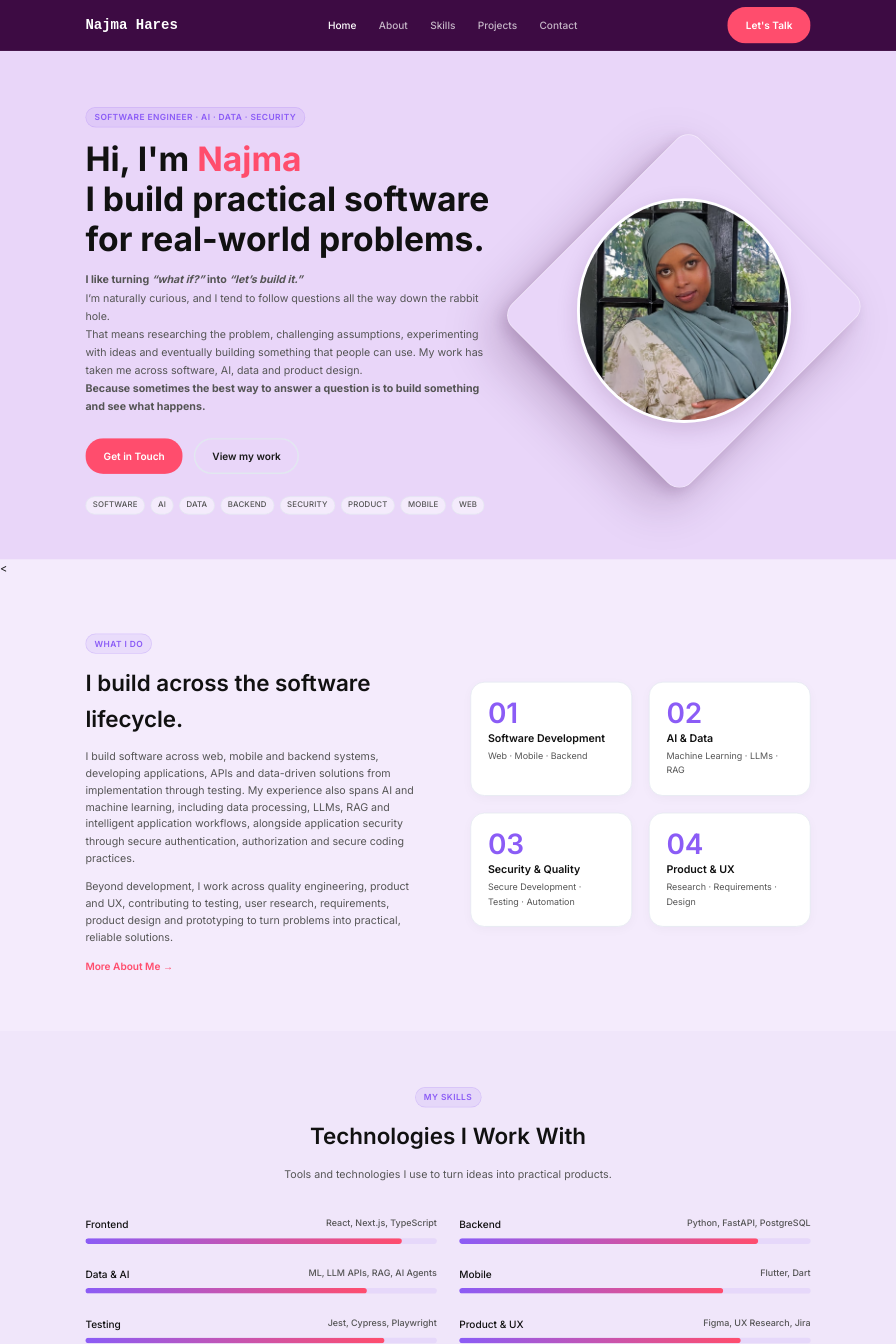
Repository: najmahares/portfolio
Page: index.html
An editor plug-in stored every save of this project. The page is shown before and after the next save, followed by the edit.
The browser window is 1280 px wide. The pictures show the part of the page from y = 0 to 1920 px (the page is 3409 px tall), at 70% of full size.

Above is the page before, as saved 2026-09-19 07:08:09.

### index.html
<!doctype html>
<html lang="en">
  <head>
    <meta charset="UTF-8" />
    <meta name="viewport" content="width=device-width, initial-scale=1.0" />
    <title>Najma Hares | Software Engineer</title>
    <link rel="preconnect" href="https://fonts.googleapis.com" />
    <link rel="preconnect" href="https://fonts.gstatic.com" crossorigin />
    <link
      href="https://fonts.googleapis.com/css2?family=Inter:wght@300;400;500;600;700&display=swap"
      rel="stylesheet"
    />
    <link rel="stylesheet" href="css/style.css" />
  </head>
  <body>
    <!-- Navbar -->
    <nav class="navbar">
      <div class="container nav-container">
        <a href="index.html" class="logo">Najma Hares</a>
        <div class="nav-links">
          <a href="index.html" class="active">Home</a>
          <a href="#about">About</a>
          <a href="#skills">Skills</a>
          <a href="#projects">Projects</a>
          <a href="#contact">Contact</a>
        </div>
        <a href="mailto:haresnajma@gmail.com" class="btn btn-primary magnetic"
          >Let's Talk</a
        >
      </div>
    </nav>

    <!-- Hero Section -->
    <section class="hero">
      <div class="container hero-grid">
        <div class="hero-content">
          <span class="badge reveal"
            >SOFTWARE ENGINEER · AI · DATA · SECURITY</span
          >
          <h1 class="reveal">
            Hi, I'm <span class="text-accent">Najma</span><br />I build
            practical software for real-world problems.
          </h1>
          <p class="hero-desc reveal">
            <strong
              >I like turning <i>“what if?”</i> into <i>“let’s build it.”</i>
            </strong>
            <br />
            I’m naturally curious, and I tend to follow questions all the way
            down the rabbit hole. <br />
            That means researching the problem, challenging assumptions,
            experimenting with ideas and eventually building something that
            people can use. My work has taken me across software, AI, data and
            product design.
            <br />
            <strong
              >Because sometimes the best way to answer a question is to build
              something and see what happens.</strong
            >
          </p>
          <div class="hero-buttons reveal">
            <a href="#contact" class="btn btn-primary magnetic">Get in Touch</a>
            <a href="#projects" class="btn btn-outline magnetic"
              >View my work</a
            >
          </div>
          <div class="tech-stack reveal">
            <span class="badge-sm">Software</span>
            <span class="badge-sm">AI</span>
            <span class="badge-sm">Data</span>
            <span class="badge-sm">Backend</span>
            <span class="badge-sm">Security</span>
            <span class="badge-sm">Product</span>
            <span class="badge-sm">Mobile</span>
            <span class="badge-sm">Web</span>
          </div>
        </div>

        <!-- Hero Image Wrapper -->
        <div class="hero-image-wrapper reveal">
          <div class="avatar-graphic tilt-card" data-rotate="45">
            <img
              src="assets/portfolio_image.jpg"
              alt="Najma Hares"
              class="hero-img"
            />
          </div>
        </div>
      </div>
    </section>

    <!-- About & Stats -->
    <
    <section id="about" class="section">
      <div class="container about-grid">
        <div class="about-text reveal">
          <span class="badge">WHAT I DO</span>
          <h2>I build across the software lifecycle.</h2>
          <p>
            I build software across web, mobile and backend systems, developing
            applications, APIs and data-driven solutions from implementation
            through testing. My experience also spans AI and machine learning,
            including data processing, LLMs, RAG and intelligent application
            workflows, alongside application security through secure
            authentication, authorization and secure coding practices.
          </p>
          <p>
            Beyond development, I work across quality engineering, product and
            UX, contributing to testing, user research, requirements, product
            design and prototyping to turn problems into practical, reliable
            solutions.
          </p>
          <a href="#" class="link-arrow">More About Me →</a>
        </div>

        <div class="stats-grid">
          <div class="card stat-card reveal tilt-card">
            <h3>01</h3>
            <p>Software Development</p>
            <span class="stat-sub">Web · Mobile · Backend</span>
          </div>

          <div class="card stat-card reveal tilt-card">
            <h3>02</h3>
            <p>AI &amp; Data</p>
            <span class="stat-sub">Machine Learning · LLMs · RAG</span>
          </div>

          <div class="card stat-card reveal tilt-card">
            <h3>03</h3>
            <p>Security &amp; Quality</p>
            <span class="stat-sub"
              >Secure Development · Testing · Automation</span
            >
          </div>

          <div class="card stat-card reveal tilt-card">
            <h3>04</h3>
            <p>Product &amp; UX</p>
            <span class="stat-sub">Research · Requirements · Design</span>
          </div>
        </div>
      </div>
    </section>
    <!-- Skills -->
    <section id="skills" class="section bg-alt">
      <div class="container">
        <div class="section-header reveal">
          <span class="badge">MY SKILLS</span>
          <h2>Technologies I Work With</h2>
          <p>
            Tools and technologies I use to turn ideas into practical products.
          </p>
        </div>
        <div class="skills-grid">
          <div class="skill-item reveal">
            <div class="skill-info">
              <span>Frontend</span><span>React, Next.js, TypeScript</span>
            </div>
            <div class="progress-bar">
              <div class="progress" style="width: 90%"></div>
            </div>
          </div>
          <div class="skill-item reveal">
            <div class="skill-info">
              <span>Backend</span><span>Python, FastAPI, PostgreSQL</span>
            </div>
            <div class="progress-bar">
              <div class="progress" style="width: 85%"></div>
            </div>
          </div>
          <div class="skill-item reveal">
            <div class="skill-info">
              <span>Data & AI</span><span>ML, LLM APIs, RAG, AI Agents</span>
            </div>
            <div class="progress-bar">
              <div class="progress" style="width: 80%"></div>
            </div>
          </div>
          <div class="skill-item reveal">
            <div class="skill-info">
              <span>Mobile</span><span>Flutter, Dart</span>
            </div>
            <div class="progress-bar">
              <div class="progress" style="width: 75%"></div>
            </div>
          </div>
          <div class="skill-item reveal">
            <div class="skill-info">
              <span>Testing</span><span>Jest, Cypress, Playwright</span>
            </div>
            <div class="progress-bar">
              <div class="progress" style="width: 85%"></div>
            </div>
          </div>
          <div class="skill-item reveal">
            <div class="skill-info">
              <span>Product & UX</span><span>Figma, UX Research, Jira</span>
            </div>
            <div class="progress-bar">
              <div class="progress" style="width: 80%"></div>
            </div>
          </div>
        </div>
      </div>
    </section>

    <!-- Recent Work -->
    <section id="projects" class="section">
      <div class="container">
        <div class="section-header reveal">
          <span class="badge">FEATURED PROJECT</span>
          <h2>Some of My Recent Work</h2>
          <p>A selection of projects I've built recently.</p>
        </div>
        <div class="projects-grid">
          <a href="project.html" class="card project-card reveal tilt-card">
            <div class="project-img placeholder-1"></div>
            <div class="project-info">
              <span class="badge-sm">FEATURED PROJECT</span>
              <h3>Auditerra</h3>
              <p class="project-subtitle">
                Land Restoration Monitoring Platform
              </p>
              <p class="project-desc">
                A two-interface platform connecting field experts with
                smallholder farmers.
              </p>
              <div class="project-tags">
                <span class="badge-sm">React</span>
                <span class="badge-sm">Flutter</span>
                <span class="badge-sm">Gemini</span>
              </div>
            </div>
          </a>
          <a href="project.html" class="card project-card reveal tilt-card">
            <div class="project-img placeholder-2"></div>
            <div class="project-info">
              <span class="badge-sm">SOCIAL IMPACT PROJECT</span>
              <h3>Bloombox Kits</h3>
              <p class="project-subtitle">Portable Beauty-Kit Venture</p>
              <p class="project-desc">
                A portable beauty-kit venture supporting girls' education.
              </p>
              <div class="project-tags">
                <span class="badge-sm">Entrepreneurship</span>
                <span class="badge-sm">Social Impact</span>
              </div>
            </div>
          </a>
          <a href="project.html" class="card project-card reveal tilt-card">
            <div class="project-img placeholder-3"></div>
            <div class="project-info">
              <span class="badge-sm">DATA & MACHINE LEARNING</span>
              <h3>Machine Learning Project</h3>
              <p class="project-subtitle">[Actual Project Name]</p>
              <p class="project-desc">
                A machine-learning project focused on solving real-world data
                problems.
              </p>
              <div class="project-tags">
                <span class="badge-sm">Python</span>
                <span class="badge-sm">ML</span>
              </div>
            </div>
          </a>
        </div>
      </div>
    </section>

    <!-- Footer -->
    <footer id="contact" class="footer">
      <div class="container footer-grid">
        <div class="footer-cta reveal">
          <span class="badge">LET'S WORK TOGETHER</span>
          <h2>Have an idea worth building?</h2>
          <p>
            I'm always interested in learning, building and working on problems
            where technology can create meaningful value.
          </p>
          <a href="mailto:haresnajma@gmail.com" class="btn btn-primary magnetic"
            >Let's Talk</a
          >
        </div>
        <div class="footer-info reveal">
          <div class="card personal-card">
            <span class="badge-sm">CURRENTLY</span>
            <h3>Building & learning</h3>
            <p><strong>Najma Hares</strong><br />Software Engineer</p>
            <div class="personal-focus">
              <span>Software Engineering</span>
              <span>AI & Data</span>
              <span>Product Development</span>
            </div>
          </div>
          <div class="social-links">
            <h4>Follow Me</h4>
            <a href="#">GitHub</a>
            <a href="#">LinkedIn</a>
            <a href="mailto:haresnajma@gmail.com">haresnajma@gmail.com</a>
          </div>
        </div>
      </div>
      <div class="container footer-bottom">
        <p>&copy; 2026 Najma Hares Muhumed. All rights reserved.</p>
        <p>Made with ❤️ by Najma</p>
      </div>
    </footer>

    <script src="js/main.js"></script>
  </body>
</html>

### css/style.css
:root {
  --bg-nav: #3d0b43;
  --bg-hero: #e9d6f9;
  --bg-body: #f4ebfc;
  --bg-card: #ffffff;

  --text-main: #1a1a1a;
  --text-heading: #111111;
  --text-muted: #555555;

  --accent: #ff4d6d;
  --accent-purple: #8b5cf6;
  --border: #e2e8f0;
  --border-radius: 20px;
  --font-main: "Inter", sans-serif;
}

* {
  margin: 0;
  padding: 0;
  box-sizing: border-box;
}

html {
  scroll-behavior: smooth;
}

body {
  font-family: var(--font-main);
  background-color: var(--bg-body);
  color: var(--text-main);
  line-height: 1.6;
  overflow-x: hidden;
}

a {
  text-decoration: none;
  color: inherit;
  transition: color 0.3s;
}
ul {
  list-style: none;
}

.container {
  max-width: 1100px;
  margin: 0 auto;
  padding: 0 2rem;
}
.section {
  padding: 5rem 0;
}
.bg-alt {
  background-color: #f0e6fa;
}
.text-accent {
  color: var(--accent);
}

h1 {
  font-size: clamp(2rem, 4vw, 3rem);
  line-height: 1.2;
  font-weight: 700;
  margin-bottom: 1rem;
  color: var(--text-heading);
}
h2 {
  font-size: 2rem;
  font-weight: 600;
  margin-bottom: 1rem;
  color: var(--text-heading);
}
h3 {
  font-size: 1.25rem;
  font-weight: 600;
  margin-bottom: 0.5rem;
  color: var(--text-heading);
}
p {
  color: var(--text-muted);
  margin-bottom: 1rem;
  font-size: 0.95rem;
}

.btn {
  display: inline-block;
  padding: 0.75rem 1.5rem;
  border-radius: 50px;
  font-weight: 600;
  font-size: 0.9rem;
  cursor: pointer;
  transition: all 0.3s ease;
  border: 2px solid transparent;
}
.btn-primary {
  background-color: var(--accent);
  color: #ffffff;
}
.btn-primary:hover {
  background-color: #e63956;
  transform: translateY(-2px);
  box-shadow: 0 4px 15px rgba(255, 77, 109, 0.4);
}
.btn-outline {
  background-color: transparent;
  border-color: var(--border);
  color: var(--text-main);
}
.btn-outline:hover {
  border-color: var(--accent-purple);
  color: var(--accent-purple);
  transform: translateY(-2px);
}
.badge {
  display: inline-block;
  padding: 0.25rem 0.75rem;
  background-color: rgba(139, 92, 246, 0.1);
  color: var(--accent-purple);
  border-radius: 50px;
  font-size: 0.75rem;
  font-weight: 600;
  margin-bottom: 1rem;
  border: 1px solid rgba(139, 92, 246, 0.2);
  text-transform: uppercase;
  letter-spacing: 0.05em;
}
.badge-sm {
  display: inline-block;
  padding: 0.2rem 0.6rem;
  background-color: var(--bg-body);
  border: 1px solid var(--border);
  border-radius: 50px;
  font-size: 0.7rem;
  font-weight: 500;
  color: var(--text-muted);
  text-transform: uppercase;
  letter-spacing: 0.02em;
}
.link-arrow {
  color: var(--accent);
  font-weight: 600;
  font-size: 0.9rem;
  display: inline-flex;
  align-items: center;
  gap: 0.25rem;
}
.link-arrow:hover {
  gap: 0.5rem;
  color: #e63956;
}

.navbar {
  position: sticky;
  top: 0;
  background-color: var(--bg-nav);
  z-index: 100;
  border-bottom: 1px solid rgba(255, 255, 255, 0.1);
}
.nav-container {
  display: flex;
  justify-content: space-between;
  align-items: center;
  height: 72px;
}
.logo {
  font-size: 1.25rem;
  font-weight: 700;
  color: #ffffff;
  font-family: monospace;
}
.nav-links {
  display: flex;
  gap: 2rem;
}
.nav-links a {
  font-size: 0.9rem;
  font-weight: 500;
  color: rgba(255, 255, 255, 0.7);
}
.nav-links a:hover,
.nav-links a.active {
  color: #ffffff;
}

.hero {
  padding: 5rem 0 4rem;
  background-color: var(--bg-hero);
  position: relative;
  overflow: hidden;
}

.hero-grid {
  display: grid;
  grid-template-columns: 1.6fr 1fr;
  gap: 6rem;
  align-items: center;
}

.hero-desc {
  font-size: 0.95rem;
  max-width: 100%;
  margin-bottom: 2rem;
  line-height: 1.7;
}

.hero-buttons {
  display: flex;
  gap: 1rem;
  margin-bottom: 2rem;
}

.tech-stack {
  display: flex;
  flex-wrap: wrap;
  gap: 0.5rem;
}

.hero-image-wrapper {
  display: flex;
  justify-content: center;
  align-items: center;
  position: relative;
  min-height: 550px;
}

.avatar-graphic {
  width: 100%;
  max-width: 380px;
  height: 380px;
  border-radius: 24px;
  display: flex;
  align-items: center;
  justify-content: center;
  position: relative;
  z-index: 10;
  background-color: var(--bg-hero);
  box-shadow: 0 25px 50px rgba(61, 11, 67, 0.1);
  overflow: hidden;
  transition:
    transform 0.5s ease,
    box-shadow 0.5s ease;
  transform: rotate(45deg);
  border: 1px solid rgba(255, 255, 255, 0.5);
}

.avatar-graphic:hover {
  box-shadow: 0 30px 60px rgba(61, 11, 67, 0.15);
}

.hero-img {
  width: 85%;
  height: 85%;
  object-fit: cover;
  object-position: center top;
  border-radius: 50%;
  border: 4px solid #ffffff;
  box-shadow: 0 10px 30px rgba(61, 11, 67, 0.15);
  display: block;
  transform: rotate(-45deg);
}

.about-grid {
  display: grid;
  grid-template-columns: 1fr 1fr;
  gap: 4rem;
  align-items: center;
}
.stats-grid {
  display: grid;
  grid-template-columns: 1fr 1fr;
  gap: 1.5rem;
}
.card {
  background-color: var(--bg-card);
  border: 1px solid var(--border);
  border-radius: var(--border-radius);
  padding: 1.5rem;
  box-shadow: 0 4px 15px rgba(0, 0, 0, 0.03);
  transition:
    transform 0.3s ease,
    box-shadow 0.3s ease;
}
.card:hover {
  transform: translateY(-3px);
  box-shadow: 0 8px 25px rgba(0, 0, 0, 0.06);
}
.stat-card h3 {
  font-size: 2.5rem;
  color: var(--accent-purple);
  margin-bottom: 0.25rem;
  line-height: 1;
}
.stat-card p {
  font-size: 0.95rem;
  font-weight: 600;
  color: var(--text-heading);
  margin-bottom: 0.25rem;
}
.stat-sub {
  font-size: 0.8rem;
  color: var(--text-muted);
  display: block;
}

.section-header {
  text-align: center;
  margin-bottom: 3rem;
}
.skills-grid {
  display: grid;
  grid-template-columns: 1fr 1fr;
  gap: 2rem;
}
.skill-info {
  display: flex;
  justify-content: space-between;
  margin-bottom: 0.5rem;
  font-size: 0.9rem;
  font-weight: 500;
  color: var(--text-heading);
}
.skill-info span:last-child {
  color: var(--text-muted);
  font-size: 0.8rem;
}
.progress-bar {
  height: 8px;
  background-color: rgba(139, 92, 246, 0.1);
  border-radius: 4px;
  overflow: hidden;
}
.progress {
  height: 100%;
  background: linear-gradient(90deg, var(--accent-purple), var(--accent));
  border-radius: 4px;
}

.projects-grid {
  display: grid;
  grid-template-columns: repeat(auto-fit, minmax(300px, 1fr));
  gap: 2rem;
}
.project-card {
  padding: 0;
  overflow: hidden;
  display: flex;
  flex-direction: column;
  cursor: pointer;
}
.project-img {
  height: 180px;
  border-bottom: 1px solid var(--border);
}
.placeholder-1 {
  background: linear-gradient(45deg, #a18cd1, #fbc2eb);
}
.placeholder-2 {
  background: linear-gradient(45deg, #ff9a9e, #fecfef);
}
.placeholder-3 {
  background: linear-gradient(45deg, #4facfe, #00f2fe);
}
.project-info {
  padding: 1.5rem;
  display: flex;
  flex-direction: column;
  flex-grow: 1;
}
.project-subtitle {
  font-size: 0.8rem;
  font-weight: 600;
  color: var(--accent);
  margin-bottom: 0.5rem;
  text-transform: uppercase;
  letter-spacing: 0.05em;
}
.project-desc {
  font-size: 0.9rem;
  margin-bottom: 1rem;
  flex-grow: 1;
}
.project-tags {
  display: flex;
  flex-wrap: wrap;
  gap: 0.5rem;
  margin: 1rem 0;
}

.footer {
  background-color: var(--bg-nav);
  color: #ffffff;
  padding: 4rem 0 2rem;
}
.footer-grid {
  display: grid;
  grid-template-columns: 1fr 1fr;
  gap: 4rem;
  margin-bottom: 3rem;
}
.footer-cta h2 {
  color: #ffffff;
  font-size: 2rem;
}
.footer-cta p {
  color: rgba(255, 255, 255, 0.7);
  margin-bottom: 1.5rem;
}
.footer-info {
  display: flex;
  flex-direction: column;
  gap: 2rem;
}
.personal-card {
  background: rgba(255, 255, 255, 0.05);
  border: 1px solid rgba(255, 255, 255, 0.1);
}
.personal-card h3 {
  color: #ffffff;
}
.personal-card p {
  color: rgba(255, 255, 255, 0.7);
}
.personal-focus {
  display: flex;
  flex-wrap: wrap;
  gap: 0.5rem;
  margin-top: 1rem;
}
.personal-focus span {
  font-size: 0.75rem;
  background: rgba(139, 92, 246, 0.2);
  color: #d8b4fe;
  padding: 0.2rem 0.6rem;
  border-radius: 4px;
}
.social-links h4 {
  color: #ffffff;
  margin-bottom: 1rem;
}
.social-links a {
  display: block;
  color: rgba(255, 255, 255, 0.7);
  margin-bottom: 0.5rem;
  font-weight: 500;
}
.social-links a:hover {
  color: var(--accent);
}
.footer-bottom {
  display: flex;
  justify-content: space-between;
  padding-top: 2rem;
  border-top: 1px solid rgba(255, 255, 255, 0.1);
  font-size: 0.85rem;
  color: rgba(255, 255, 255, 0.5);
}

.reveal {
  opacity: 0;
  transform: translateY(30px);
  transition: all 0.8s cubic-bezier(0.5, 0, 0, 1);
}
.reveal.active {
  opacity: 1;
  transform: translateY(0);
}

@media (max-width: 992px) {
  .hero-grid,
  .about-grid,
  .footer-grid {
    grid-template-columns: 1fr;
  }
  .hero-image-wrapper {
    order: -1;
    margin-bottom: 3rem;
    min-height: auto;
  }
  .skills-grid {
    grid-template-columns: 1fr;
  }
}
@media (max-width: 768px) {
  .nav-links {
    display: none;
  }
  .hero-buttons {
    flex-direction: column;
  }
  .stats-grid {
    grid-template-columns: 1fr;
  }
  .footer-bottom {
    flex-direction: column;
    gap: 1rem;
    text-align: center;
  }
  .avatar-graphic {
    max-width: 300px;
    height: 300px;
  }
}
.avatar-graphic {
  width: 100%;
  max-width: 380px;
  height: 380px;
  border-radius: 24px;
  display: flex;
  align-items: center;
  justify-content: center;
  position: relative;
  z-index: 10;
  background-color: var(--bg-hero);

  box-shadow:
    0 35px 70px rgba(61, 11, 67, 0.25),
    0 10px 20px rgba(61, 11, 67, 0.15);

  overflow: hidden;
  transition:
    transform 0.5s ease,
    box-shadow 0.5s ease;
  transform: rotate(45deg);
}

.avatar-graphic:hover {
  box-shadow:
    0 45px 90px rgba(61, 11, 67, 0.35),
    0 15px 30px rgba(61, 11, 67, 0.2);
}

Loaded but not shown: js/main.js (72 lines, source omitted)

After the next save:
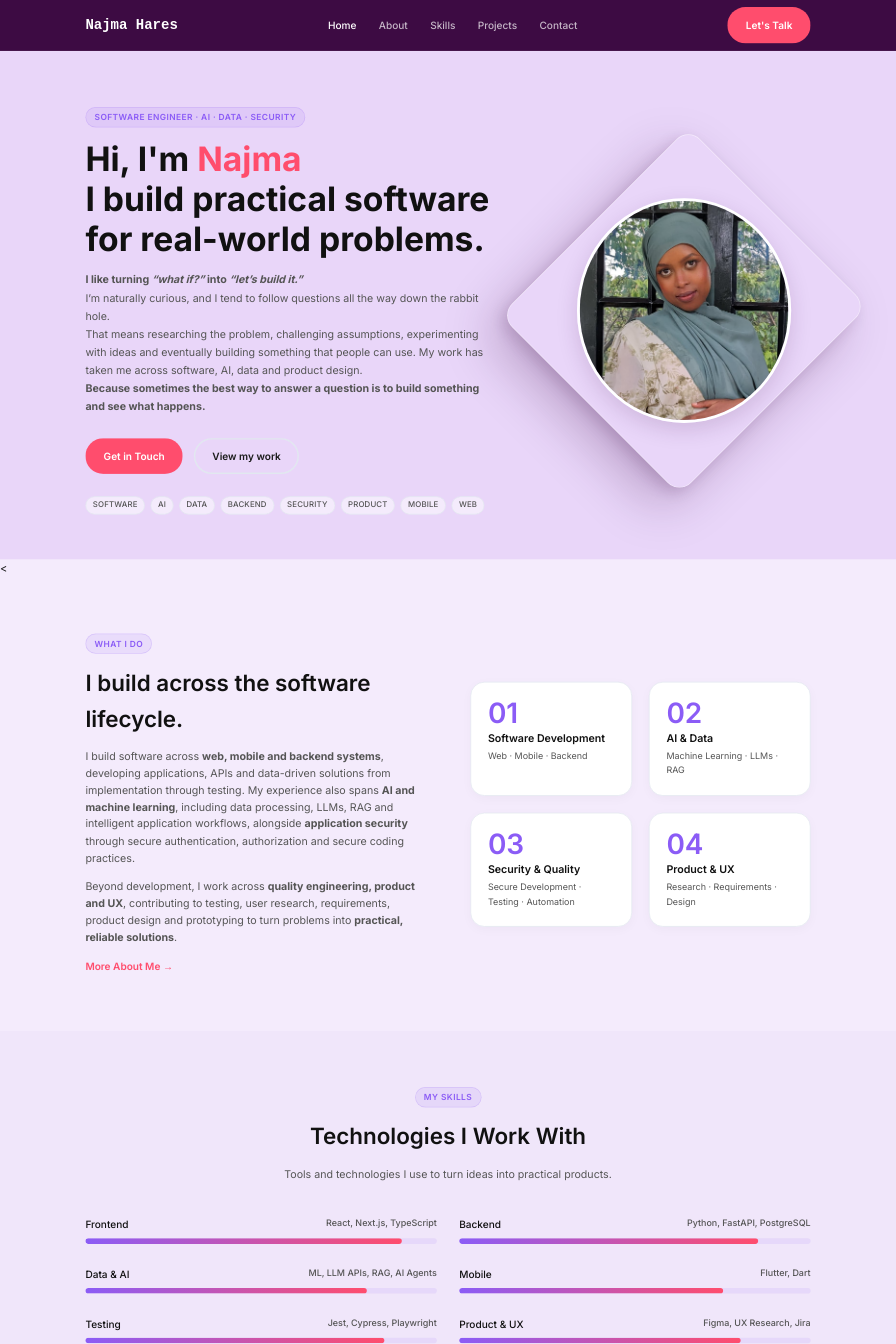
Saved 54 s later.
--- a/index.html
+++ b/index.html
@@ -96,20 +96,26 @@
         <div class="about-text reveal">
           <span class="badge">WHAT I DO</span>
           <h2>I build across the software lifecycle.</h2>
+
           <p>
-            I build software across web, mobile and backend systems, developing
+            I build software across
+            <strong>web, mobile and backend systems</strong>, developing
             applications, APIs and data-driven solutions from implementation
-            through testing. My experience also spans AI and machine learning,
-            including data processing, LLMs, RAG and intelligent application
-            workflows, alongside application security through secure
-            authentication, authorization and secure coding practices.
-          </p>
+            through testing. My experience also spans
+            <strong>AI and machine learning</strong>, including data processing,
+            LLMs, RAG and intelligent application workflows, alongside
+            <strong>application security</strong> through secure authentication,
+            authorization and secure coding practices.
+          </p>
+
           <p>
-            Beyond development, I work across quality engineering, product and
-            UX, contributing to testing, user research, requirements, product
-            design and prototyping to turn problems into practical, reliable
-            solutions.
-          </p>
+            Beyond development, I work across
+            <strong>quality engineering, product and UX</strong>, contributing
+            to testing, user research, requirements, product design and
+            prototyping to turn problems into
+            <strong>practical, reliable solutions</strong>.
+          </p>
+
           <a href="#" class="link-arrow">More About Me →</a>
         </div>
 
